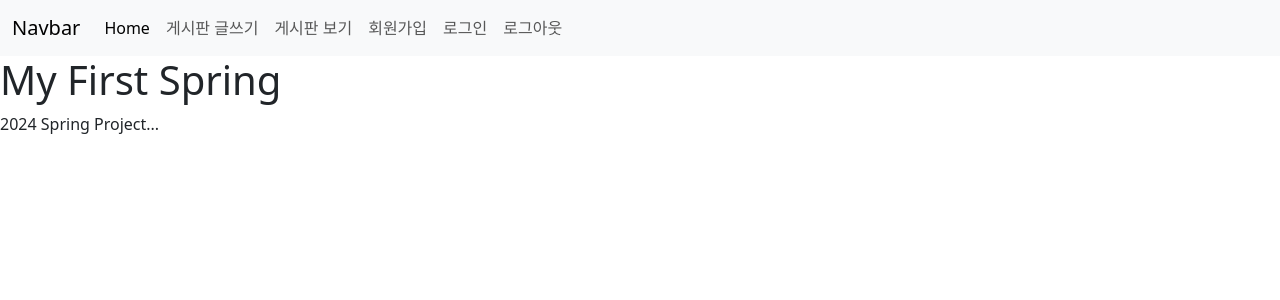
Repository: leegangjin/springTest240430
Page: http://localhost/spring_study/WEB-INF/views/index.jsp
The author's editor kept a copy of each file at every save. The page is drawn from the files as they stood at one save, then again after the next save.
The browser window is 1280 px wide. The pictures show the whole page.
The page is served by Tomcat 9. Nobody is signed in. The template is opened directly, without the code that normally fills it, so the values that code supplies are empty.

Above is the page before, as saved 2024-04-23 09:01:49.

After the next save:
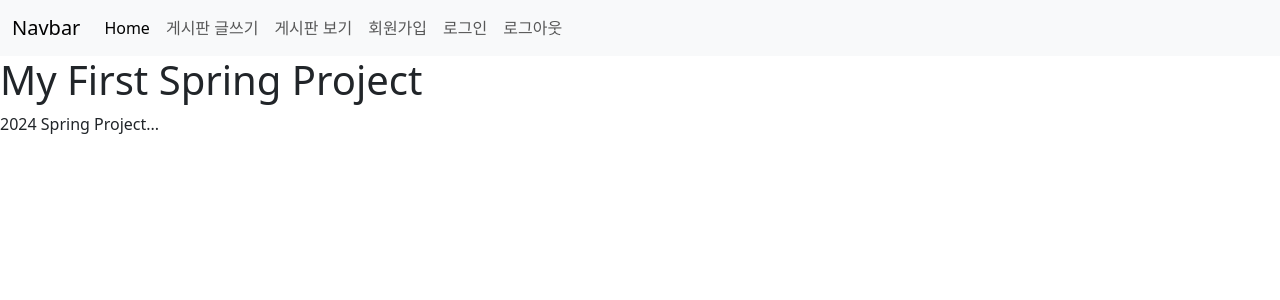
Saved 28 s later.
--- a/spring_study/src/main/webapp/WEB-INF/views/index.jsp
+++ b/spring_study/src/main/webapp/WEB-INF/views/index.jsp
@@ -6,7 +6,7 @@ pageEncoding="UTF-8" %>
 <jsp:include page="layout/header.jsp"></jsp:include>
 
 <h1>
-My First Spring
+My First Spring Project
 </h1>
 
 <jsp:include page="layout/footer.jsp"></jsp:include>
